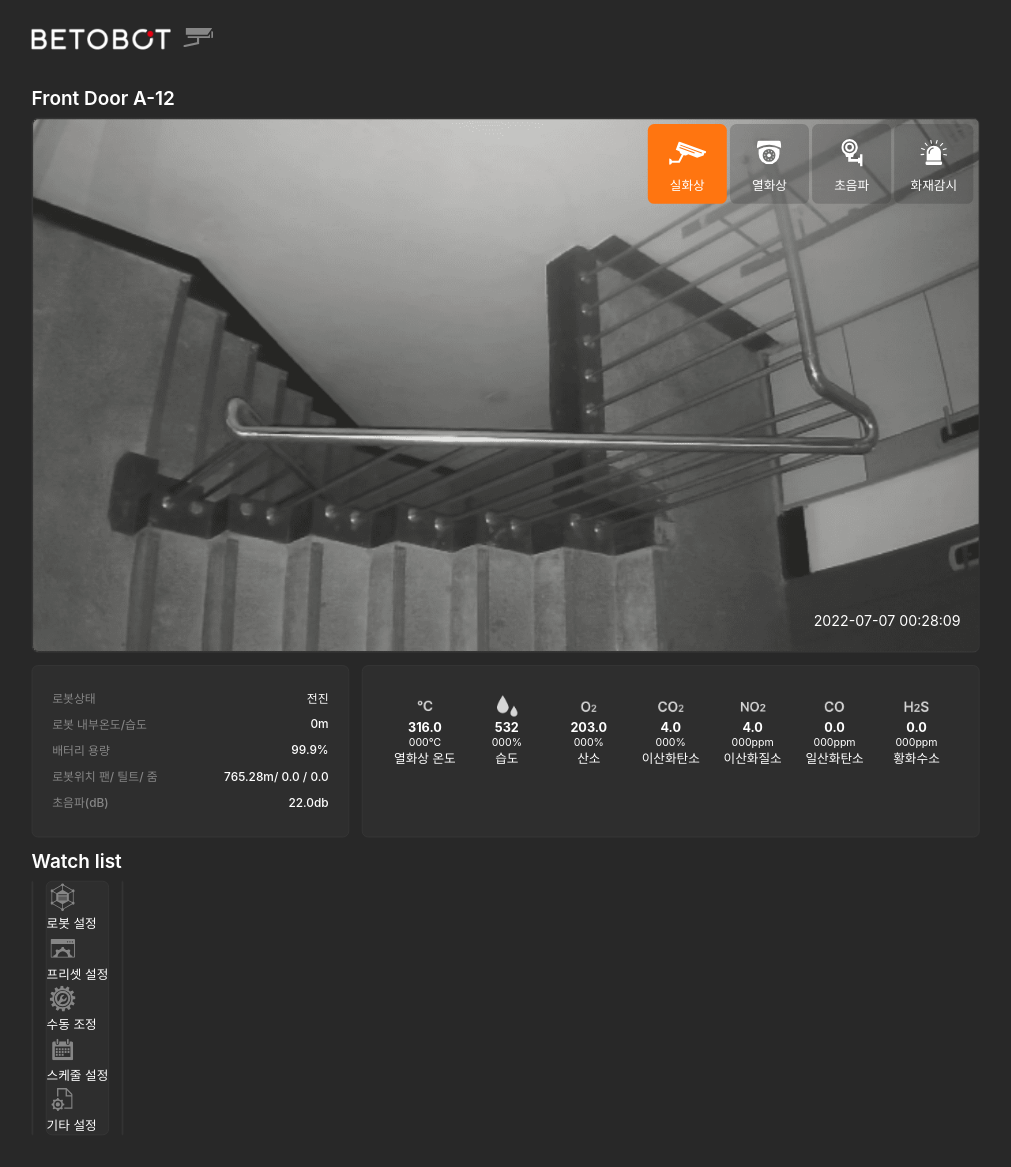
Repository: jang0ha/betobot
Page: content/main/main.html
An editor plug-in stored every save of this project. The page is shown before and after the next save, followed by the edit.
The browser window is 1280 px wide. The pictures show the whole page, at 79% of full size.
Some web fonts or font styles are not loaded; a fallback is used. The style sheet was rebuilt from its Sass, Less or Tailwind sources for each picture, by a compiler version that may differ from the author's.

Above is the page before, as saved 2022-07-12 17:57:01.

### content/main/main.html
<!DOCTYPE html>
<html lang="en">

<head>
    <meta charset="UTF-8">
    <meta http-equiv="X-UA-Compatible" content="IE=edge">
    <meta name="viewport" content="width=device-width, initial-scale=1.0">
    <meta name="viewport" content="width=device-width, user-scalable=no, initial-scale=1.0">
    <meta name="format-detection" content="telephone=no">
    <title>BETOBOT</title>

    <!-- 스타일 css -->
    <link rel="stylesheet" href="/resources/css/style.css">



    <!-- 제이쿼리 js -->
    <script src="/resources/js/jquery/jquery.min.js"></script>
    <script src="/resources/lib/jquery-ui/jquery-ui.min.js"></script>

    <!-- gsap -->
    <script src="/resources/lib/gsap/gsap.min.js"></script>
</head>
<body id="main">
    <div id="wrap">
        <!-- 헤더 -->
        <div id="header-block">
            <header>
                <div class="container">
                    <div class="header-wrap">
                        <a href="/content/main/main.html" class="logo-wrap">
                            <img src="../../resources/images/icon-logo.png" alt="BETOBOT 로고 이미지" class="logo">
                            <img src="../../resources/images/icon-camera.svg" alt="로고 카메라 이미지" class="logo-camera">
                        </a>
                    </div>
                </div>
            </header>
        </div>

        <!-- 컨텐츠 -->
        <div id="content-block">
            <main id="content" role="main">
                <div class="container">
                    <div class="row-wrap">
                        <div class="left-container">
                            <div class="title">Front Door A-12</div>
                            <div class="row-wrap">
                                <div class="front-list-wrap card" style="background-image:url('../../resources/images/@sample-front-img.png')">
                                    <div class="front-btn-wrap">
                                        <ul>
                                            <li>
                                                <a href="javascript:;"  class="active">
                                                    <i class="icon-front-camera"></i>
                                                    <p>실화상</p>
                                                </a>
                                            </li>
                                            <li>
                                                <a href="javascript:;" >
                                                    <i class="icon-front-temper"></i>
                                                    <p>열화상</p>
                                                </a>
                                            </li>
                                            <li>
                                                <a href="javascript:;">
                                                    <i class="icon-front-wave"></i>
                                                    <p>초음파</p>
                                                </a>
                                            </li>
                                            <li>
                                                <a href="javascript:;">
                                                    <i class="icon-front-fire"></i>
                                                    <p>화재감시</p>
                                                </a>
                                            </li>
                                        </ul>
                                    </div>

                                    <div class="front-date-wrap">
                                        2022-07-07 00:28:09
                                    </div>
                                </div>

                                <div class="row-wrap">
                                    <div class="robot-information-wrap card">
                                        <ul>
                                            <li>
                                                <span class="index">로봇상태</span>
                                                <span class="index-information">전진</span>
                                            </li>
                                            <li>
                                                <span class="index">로봇 내부온도/습도</span>
                                                <span class="index-information">0m</span>
                                            </li>
                                            <li>
                                                <span class="index">배터리 용량</span>
                                                <span class="index-information">99.9%</span>
                                            </li>
                                            <li>
                                                <span class="index">로봇위치 팬/ 틸트/ 줌</span>
                                                <span class="index-information">765.28m/ 0.0 / 0.0</span>
                                            </li>
                                            <li>
                                                <span class="index">초음파(dB)</span>
                                                <span class="index-information">22.0db</span>
                                            </li>
                                        </ul>
                                    </div>
                                    <div class="sensor-information-wrap card">
                                        <ul>
                                            <li>
                                                <i class="icon-info-temper"></i>
                                                <strong>316.0</strong>
                                                <small>000℃</small>
                                                <p class="name">열화상 온도</p>
                                            </li>
                                            <li>
                                                <i class="icon-info-humidity"></i>
                                                <strong>532</strong>
                                                <small>000%</small>
                                                <p class="name">습도</p>
                                            </li>
                                            <li>
                                                <i class="icon-info-o2"></i>
                                                <strong>203.0</strong>
                                                <small>000%</small>
                                                <p class="name">산소</p>
                                            </li>
                                            <li>
                                                <i class="icon-info-co2"></i>
                                                <strong>4.0</strong>
                                                <small>000%</small>
                                                <p class="name">이산화탄소</p>
                                            </li>
                                            <li>
                                                <i class="icon-info-no2"></i>
                                                <strong>4.0</strong>
                                                <small>000ppm</small>
                                                <p class="name">이산화질소</p>
                                            </li>
                                            <li>
                                                <i class="icon-info-co"></i>
                                                <strong>0.0</strong>
                                                <small>000ppm</small>
                                                <p class="name">일산화탄소</p>
                                            </li>
                                            <li>
                                                <i class="icon-info-h2s"></i>
                                                <strong>0.0</strong>
                                                <small>000ppm</small>
                                                <p class="name">황화수소</p>
                                            </li>
                                        </ul>
                                    </div>
                                </div>
                            </div>
                        </div>
                        <div class="right-contianer">
                            <div class="title">Watch list</div>
                            <div class="row-wrap">
                                <div class="watch-list-wrap card"></div>
                                <div class="watch-list-btn-wrap card">
                                    <ul>
                                        <li>
                                            <a href="">
                                                <i class="icon-menu-robot"></i>
                                                <p>로봇 설정</p>
                                            </a>
                                        </li>
                                        <li>
                                            <a href="">
                                                <i class="icon-menu-preset"></i>
                                                <p>프리셋 설정</p>
                                            </a>
                                        </li>
                                        <li>
                                            <a href="">
                                                <i class="icon-menu-handwork"></i>
                                                <p>수동 조정</p>
                                            </a>
                                        </li>
                                        <li>
                                            <a href="">
                                                <i class="icon-menu-schedule"></i>
                                                <p>스케줄 설정</p>
                                            </a>
                                        </li>
                                        <li>
                                            <a href="">
                                                <i class="icon-menu-etc"></i>
                                                <p>기타 설정</p>
                                            </a>
                                        </li>
                                    </ul>
                                </div>
                                <div class="watch-map card">

                                </div>
                            </div>
                        </div>
                    </div>
                </div>
            </main>
        </div>


        <!-- 푸터 -->
        <!-- <div id="footer-block">
            <footer>
            </footer>
        </div> -->
    </div>

    <!-- ui.js  -->
    <!-- <script src="/resources/js/ui.js"></script> -->

    <script>

    </script>
</body>

</html>

### resources/scss/style.scss
@import url('https://cdn.jsdelivr.net/gh/orioncactus/pretendard/dist/web/static/pretendard-dynamic-subset.css');

* {
    padding: 0;
    margin: 0;
}

html,body{
    margin:0;padding:0; width:100%; height:100%;
    font-family: 'Pretendard', -apple-system, BlinkMacSystemFont, system-ui, Roboto, 'Helvetica Neue', 'Segoe UI', 'Apple SD Gothic Neo', 'Noto Sans KR', 'Malgun Gothic', sans-serif;
    background:#282828;
    color:#fff;

    scrollbar-face-color: transparent;
	scrollbar-track-color: transparent;
	scrollbar-arrow-color: #fff;
	scrollbar-3dlight-color: none;
	scrollbar-shadow-color: #fff;
	scrollbar-darkshadow-color: none;
    scrollbar-color: #fff transparent;
    scrollbar-width: auto;
}
::-webkit-scrollbar{
	width: 8px;
	height: 8px;
	background-color: transparent;
}
::-webkit-scrollbar-track{
	border-radius: 0;
	background-color: transparent;
}
::-webkit-scrollbar-thumb{
	border-radius: 8px;
	background-color: #fff;
}
::-webkit-scrollbar-button {
    width: 0;
    height: 0;
}

ul,ol{
    list-style: none;
}
a{text-decoration: none; display: block; color:#fff;}

.container{
    width: calc(100% - 80px);
    padding:0 40px;
}


// 이미지
[class^=icon-]{display: inline-block;vertical-align: middle;background-repeat: no-repeat;background-position: 50% 50%; background-size: contain;}
[class^=icon-front-]{width:50px; height:50px;}
[class^=icon-info-]{width:34px; height:34px;}
[class^=icon-menu-]{width:40px; height:40px;}

.icon-front-camera{background-image: url('../images/icon-front-camera.svg');}
.icon-front-temper{background-image: url('../images/icon-front-temper.svg');}
.icon-front-wave{background-image: url('../images/icon-front-wave.svg');}
.icon-front-fire{background-image: url('../images/icon-front-fire.svg');}

.icon-info-temper{background-image: url('../images/icon-info-temper.png');}
.icon-info-humidity{background-image: url('../images/icon-info-humidity.png');}
.icon-info-o2{background-image: url('../images/icon-info-o2.png');}
.icon-info-co2{background-image: url('../images/icon-info-co2.png');}
.icon-info-no2{background-image: url('../images/icon-info-no2.png');}
.icon-info-co{background-image: url('../images/icon-info-co.png');}
.icon-info-h2s{background-image: url('../images/icon-info-h2s.png');}

.icon-menu-robot{background-image: url('../images/icon-menu-robot.svg');}
.icon-menu-preset{background-image: url('../images/icon-menu-preset.svg');}
.icon-menu-handwork{background-image: url('../images/icon-menu-handwork.svg');}
.icon-menu-schedule{background-image: url('../images/icon-menu-schedule.svg');}
.icon-menu-etc{background-image: url('../images/icon-menu-etc.svg');}


// 헤더
#header-block{
    padding:35px 0 5px 0;
    .logo-wrap{
        display: flex;
        align-items: flex-start;
        .logo{
            width: 176px;
            margin-right: 16px;
        }
    }
}

// 컨텐트
#content{
    padding:40px 0;
}

// 공통 시작
.row-wrap{
    display: flex;
    gap: 16px;
    flex-wrap: wrap;
    width: 100%;
}

.card{
    border-radius: 8px;
    border: solid 1px #393939;
    background-color: #2e2e2e;
}

.title{
    font-size: 24px;
    font-weight: 600;
    margin-bottom: 10px;
}

// 공통 끝

.left-container{
    flex:0 0 1200px;
}
.right-container{
    flex:0 0 auto;
}

.front-list-wrap{
    position: relative;
    width: 100%;
    height: 675px;
    .front-btn-wrap{
        position: absolute;
        right: 7px;
        top: 7px;
    }
    .front-date-wrap{
        position: absolute;
        right: 23px;
        bottom: 28px;
        font-size: 18px;
    }
    ul{
        display: grid;
        grid-template-columns: 1fr 1fr 1fr 1fr;
        gap: 4px;
        li{
            width: 100px;
            height:100px;
            a{
                display: flex;
                flex-direction: column;
                align-items: center;
                justify-content: center;
                padding:10px 0 13px 0;
                background-color: #2e2e2e40;
                border-radius: 8px;
                p{
                    margin-top: 4px;
                }
                &.active{
                    background-color: #ff7510;
                }
            }
        }
    }
}

.robot-information-wrap{
    flex: 0 0 350px;
    width: 350px;
    padding: 30px 25px 33px 25px;
    li{
        display: flex;
        justify-content: space-between;
        align-items: center;
        span{
            font-size: 15px;
            font-weight: 500;
        }
        .index{
            color: #868686;
        }

        & + li{
            margin-top: 12px;
        }
    }
}

.sensor-information-wrap{
    flex: 1 0 0%;
    padding:34px 27px;
    ul{
        display: grid;
        grid-template-columns: 1fr 1fr 1fr 1fr 1fr 1fr 1fr;
        li{
            display: flex;
            flex-direction: column;
            align-items: center;
            justify-content: center;
        }
    }
}

Loaded but not shown: resources/js/jquery/jquery.min.js (library); resources/lib/jquery-ui/jquery-ui.min.js (library); resources/lib/gsap/gsap.min.js (library)

After the next save:
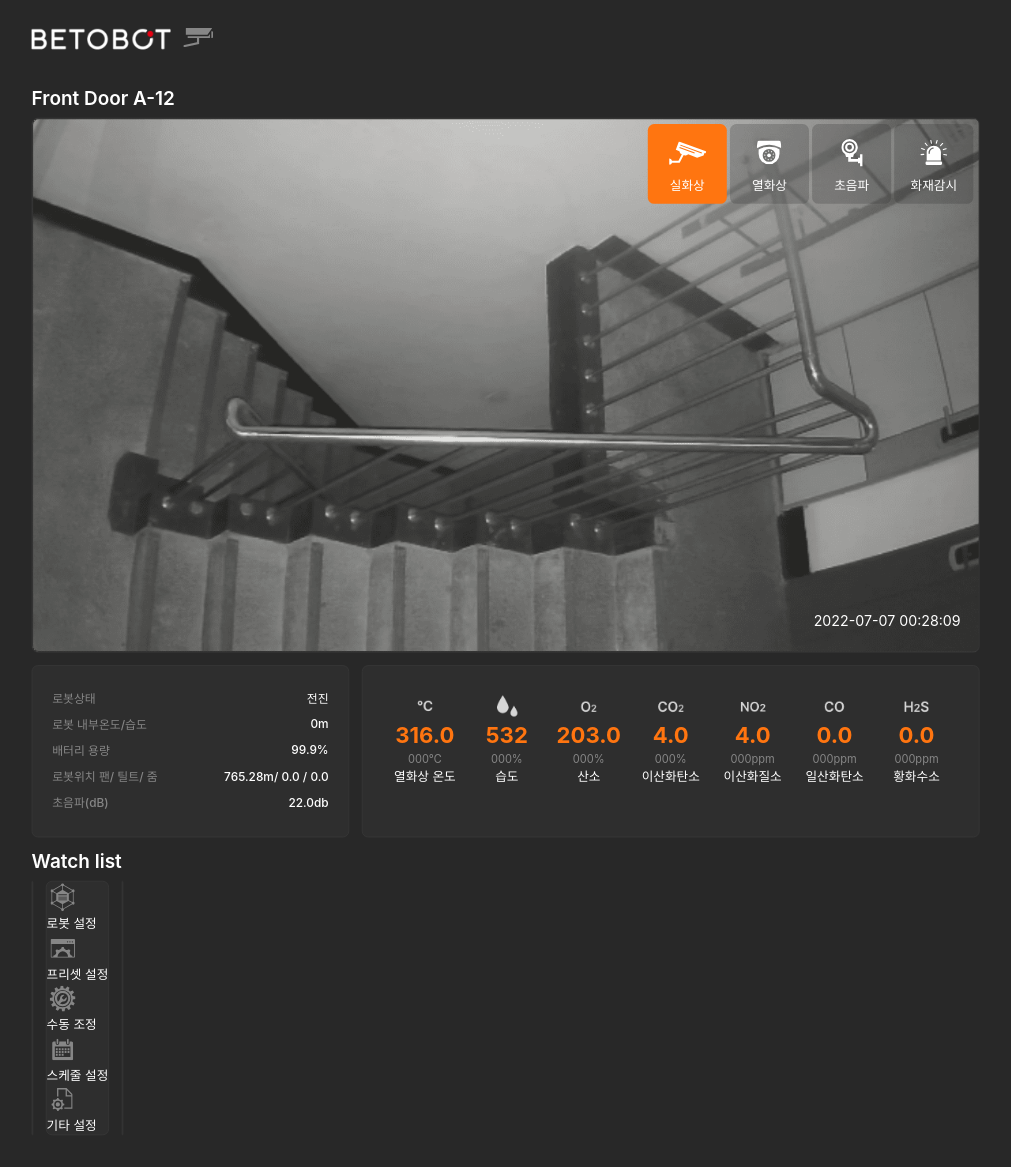
Saved 46 s later.
--- a/resources/scss/style.scss
+++ b/resources/scss/style.scss
@@ -196,6 +196,17 @@
             flex-direction: column;
             align-items: center;
             justify-content: center;
-        }
-    }
-}
+            strong{
+                font-size: 28px;
+                font-weight: bold;
+                color: #ff7510;
+                margin-top: 3px;
+            }
+            small{
+                margin-top: 4px;
+                font-size: 14px;
+                color: #868686;
+            }
+        }
+    }
+}
